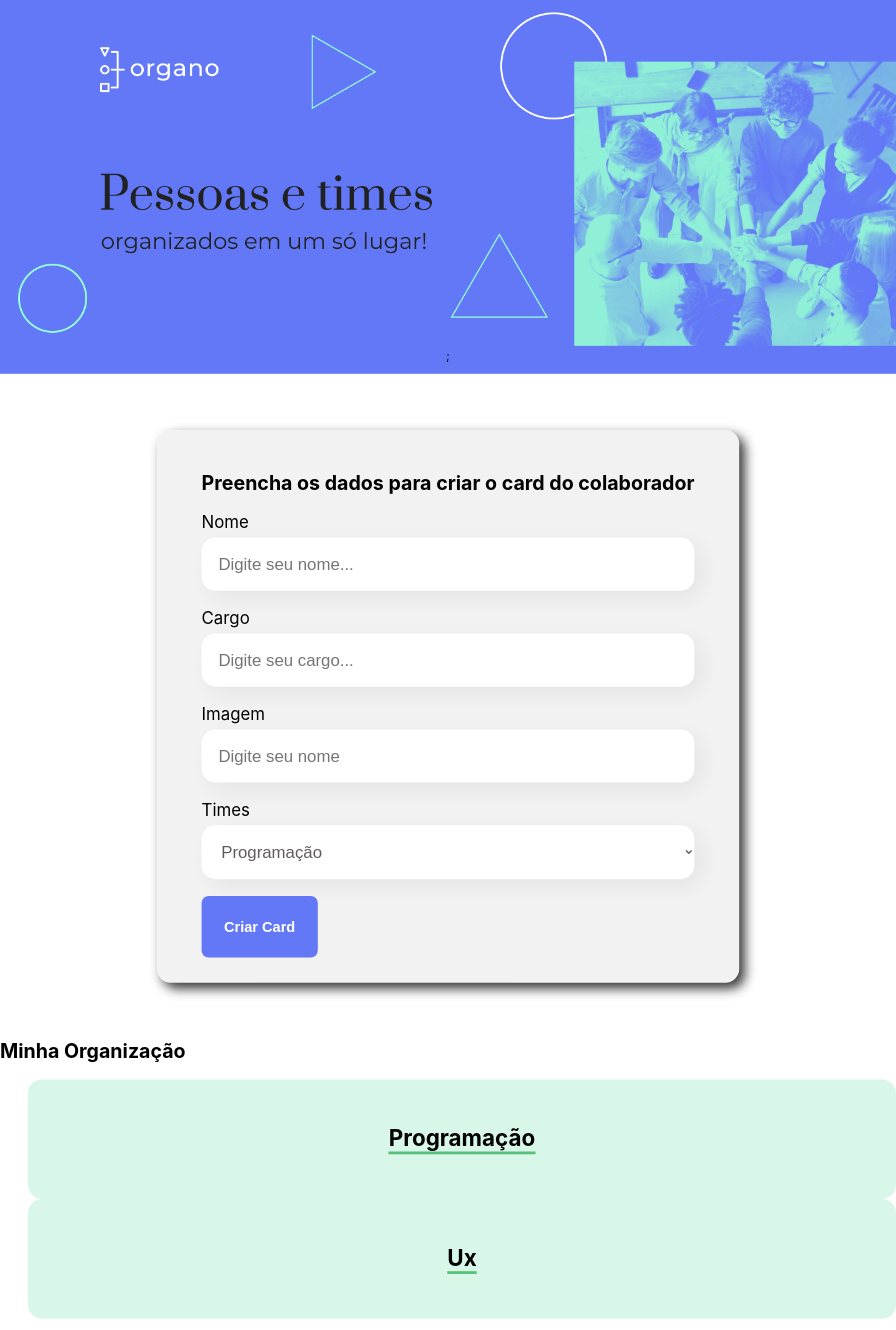
Repository: guilhermecardoso93/organo
Page: /
An editor plug-in stored every save of this project. The page is shown before and after the next save, followed by the edit.
The browser window is 1280 px wide. The pictures show the whole page, at 70% of full size.
The project was rebuilt for these pictures with package versions that can differ from the ones it lists, and the page was loaded fresh each time.

Above is the page before, as saved 2024-05-26 19:06:50.

After the next save:
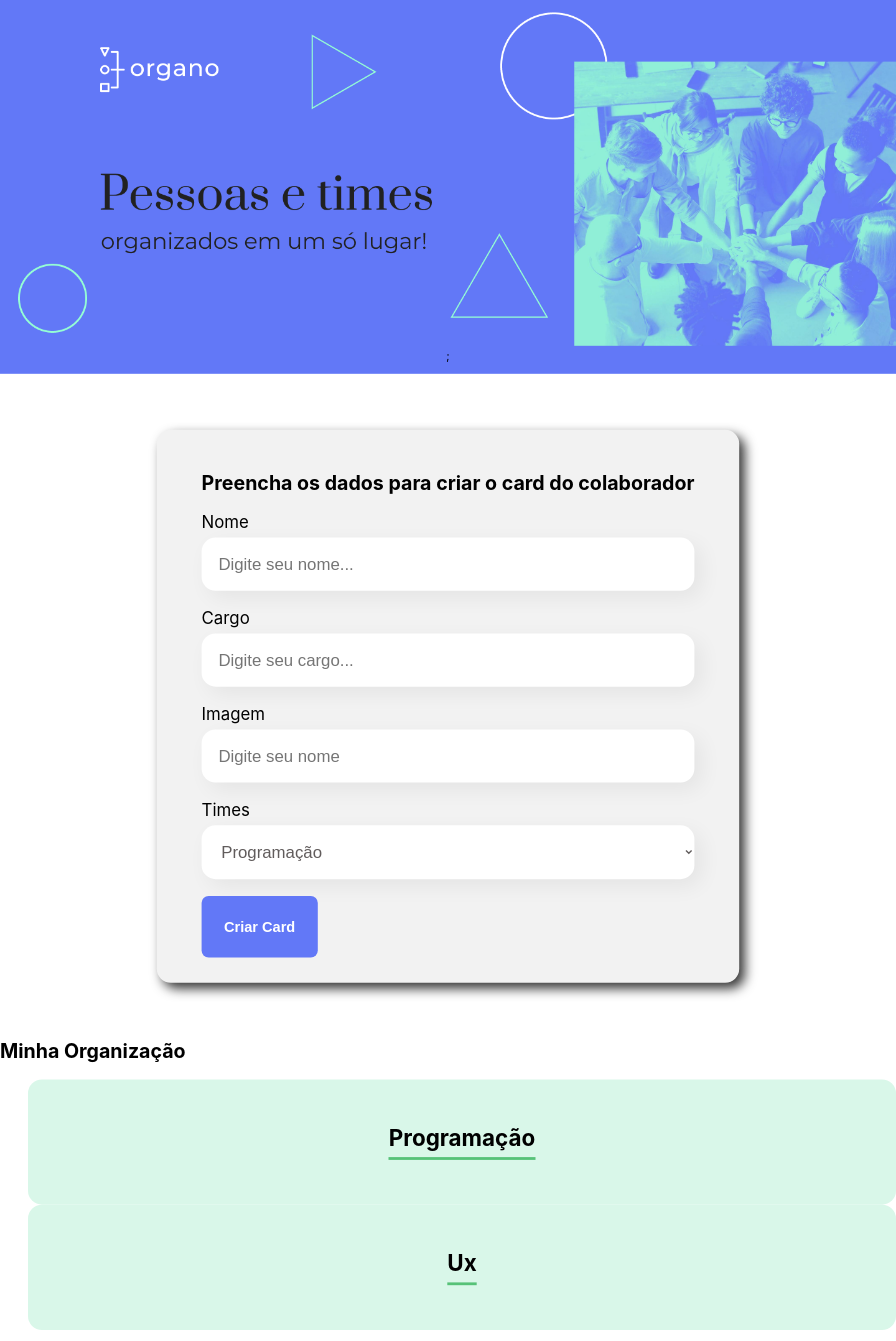
Saved 12 s later.
--- a/src/components/Times/components/Time/styles.css
+++ b/src/components/Times/components/Time/styles.css
@@ -9,4 +9,5 @@
   font-size: 2rem;
   border-bottom: 4px solid #57c278;
   display: inline-block;
+  padding-bottom: 8px;
 }
